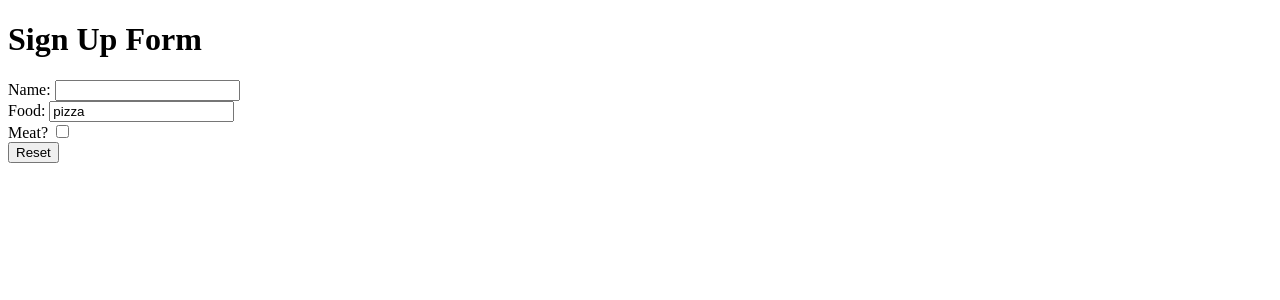
Repository: FWBMKII/csc207
Page: cnmb/cnmb.html
The author's editor kept a copy of each file at every save. The page is drawn from the files as they stood at one save, then again after the next save.
The browser window is 1280 px wide. The pictures show the whole page.

Above is the page before, as saved 2015-04-27 12:18:10.

### cnmb/cnmb.html
<!DOCTYPE html PUBLIC "-//W3C//DTD HTML 4.01 Transitional//EN" "http://www.w3.org/TR/html4/loose.dtd">
<html>
<head>
<meta http-equiv="Content-Type" content="text/html; charset=UTF-8">
<title>（╯‵□′）╯︵┴─┴</title>
</head>
<body>
	<h1>Sign Up Form</h1>
	<form action="http://www.google.com/search">
Name: <input type="text" name="name" /> <br/>
Food: <input type="text" name="meal" value="pizza" />
<br/>
<label>Meat? <input type="checkbox" name="meat" /></label>
<br/>
<input type="reset" />
	</form>
</body>
</html>

After the next save:
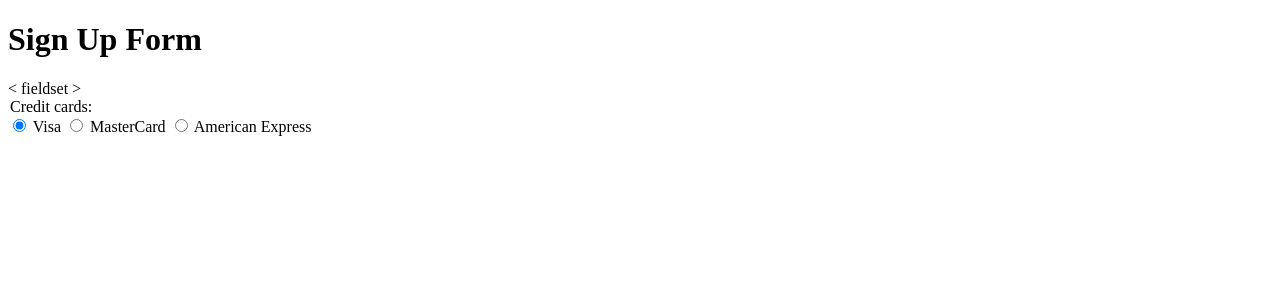
Saved 4 min 59 s later.
--- a/cnmb/cnmb.html
+++ b/cnmb/cnmb.html
@@ -7,12 +7,21 @@
 <body>
 	<h1>Sign Up Form</h1>
 	<form action="http://www.google.com/search">
-Name: <input type="text" name="name" /> <br/>
-Food: <input type="text" name="meal" value="pizza" />
-<br/>
-<label>Meat? <input type="checkbox" name="meat" /></label>
-<br/>
-<input type="reset" />
+<
+fieldset
+>
+<legend>Credit cards:</legend>
+<input type="radio" name="cc" value="visa"
+checked="checked" /> Visa
+<input type="radio" name="cc" value="
+mastercard
+" />
+MasterCard
+<input type="radio" name="cc" value="
+amex
+" />
+American Express
+</fieldset>
 	</form>
 </body>
 </html>
